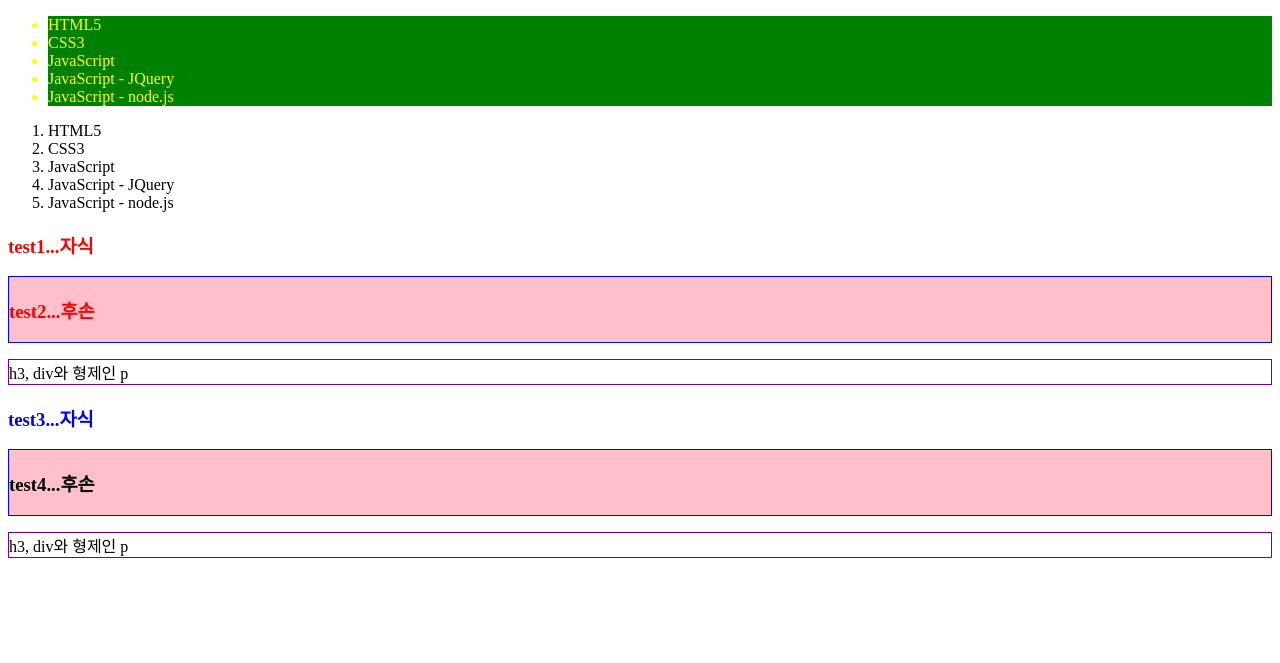
Repository: 753kg/753kg.github.io
Page: KOSTA/webProject/WebContent/day3/ex02_09.html
An editor plug-in stored every save of this project. The page is shown before and after the next save, followed by the edit.
The browser window is 1280 px wide. The pictures show the whole page.

Above is the page before, as saved 2021-03-31 03:28:39.

### KOSTA/webProject/WebContent/day3/ex02_09.html
<!DOCTYPE html>
<html>
<head>
<meta charset="UTF-8">
<title>Insert title here</title>
<style>
	.header h3{ color: red; }
	.footer > h3{ color: blue; }

	/* ul 밑에 있는 li*/
	ul li{ background-color: green; }
	/* div 밑에 있는 li */
	div li{ color:yellow; list-sytle:none; }

	/* h3과 형제인 div */
	h3~div{ border:1px solid blue; }
	h3~p{ border:1px solid purple; }

	/* 형제인 태그 중 1번째 태그 */
	h3+div{ background-color: pink; }
</style>

</head>
<body>
	<div>
	  <ul>
	    <li>HTML5</li>
	    <li>CSS3</li>
	    <li>JavaScript</li>
	    <li>JavaScript - JQuery</li>
	    <li>JavaScript - node.js</li>
      </ul>
    </div>

    <ol>
	    <li>HTML5</li>
	    <li>CSS3</li>
	    <li>JavaScript</li>
	    <li>JavaScript - JQuery</li>
	    <li>JavaScript - node.js</li>
    </ol>

	<div class="header">
		<h3>test1...자식</h3>
		<div class="hea">
			<h3>test2...후손</h3>
		</div>
		<p>h3, div와 형제인 p</p>
	</div>

	<div class="footer">
		<h3>test3...자식</h3>
		<div class="foo">
			<h3>test4...후손</h3>
		</div>
		<p>h3, div와 형제인 p</p>
	</div>
</body>
</html>

After the next save:
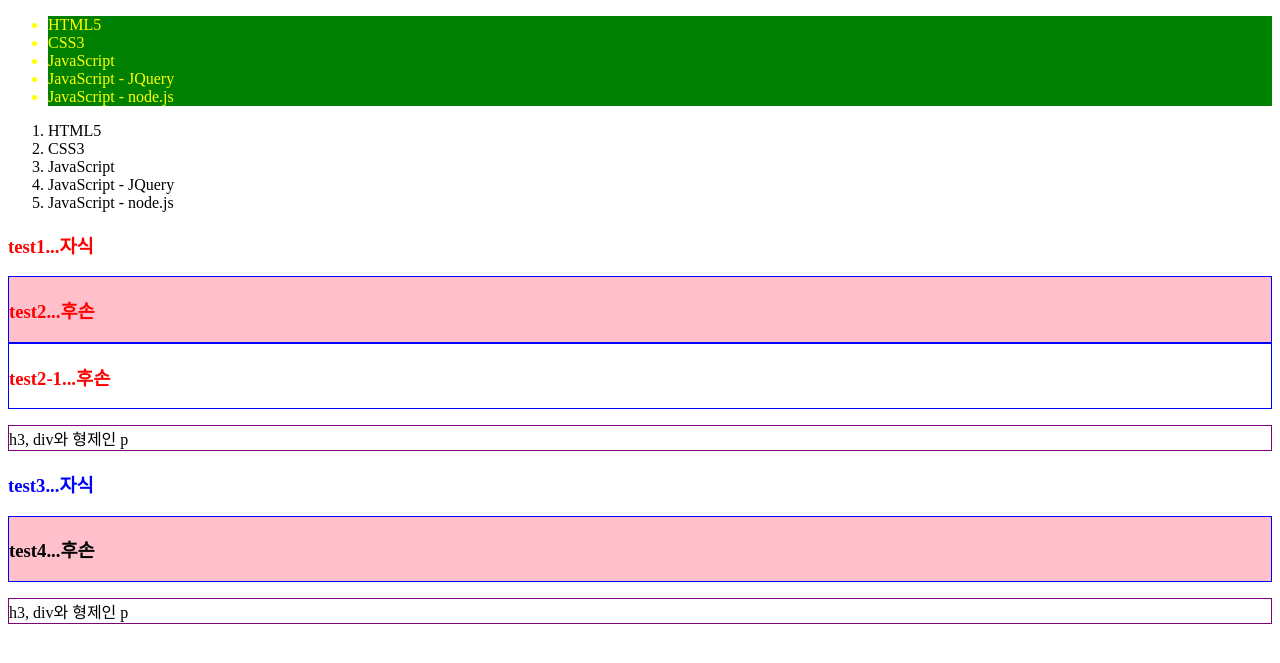
Saved 17 s later.
--- a/KOSTA/webProject/WebContent/day3/ex02_09.html
+++ b/KOSTA/webProject/WebContent/day3/ex02_09.html
@@ -45,6 +45,9 @@
 		<div class="hea">
 			<h3>test2...후손</h3>
 		</div>
+		<div class="hea">
+			<h3>test2-1...후손</h3>
+		</div>
 		<p>h3, div와 형제인 p</p>
 	</div>
 
